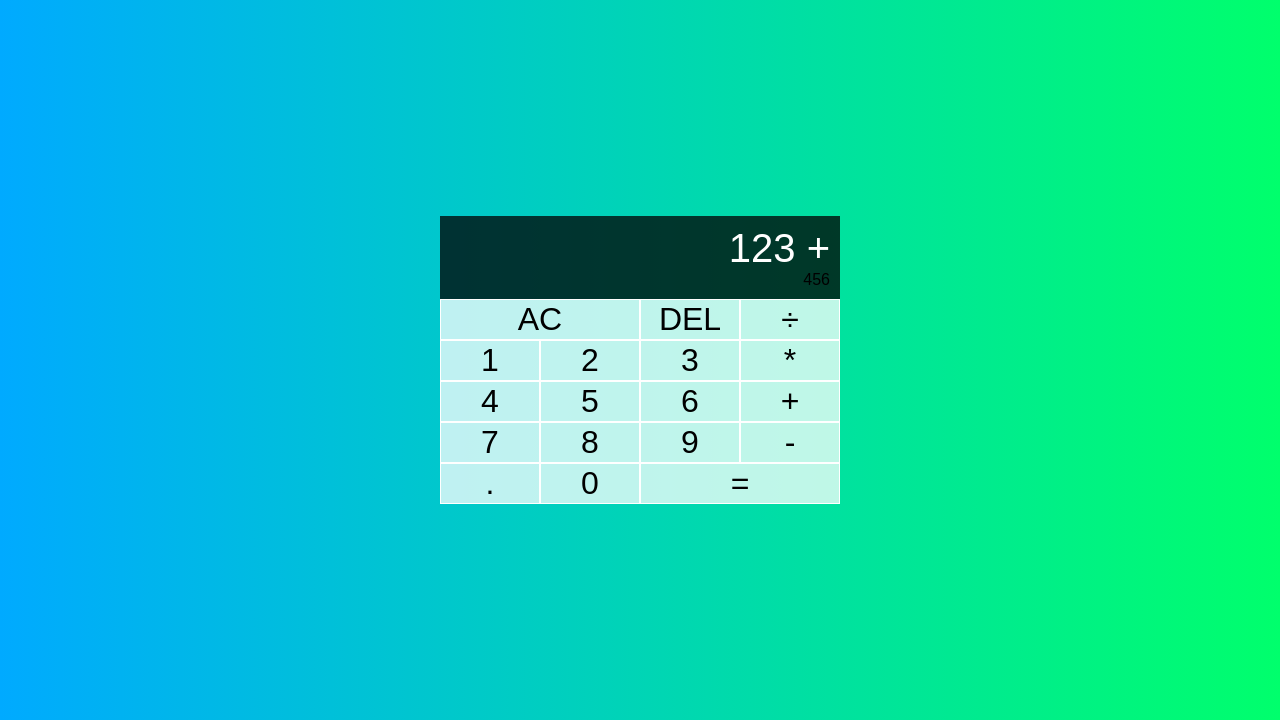
Repository: weazzyefff/Calculator-YT-Tutorial-
Page: index.html
An editor plug-in stored every save of this project. The page is shown before and after the next save, followed by the edit.
The browser window is 1280 px wide. The pictures show the whole page.

Above is the page before, as saved 2022-12-23 12:19:38.

After the next save:
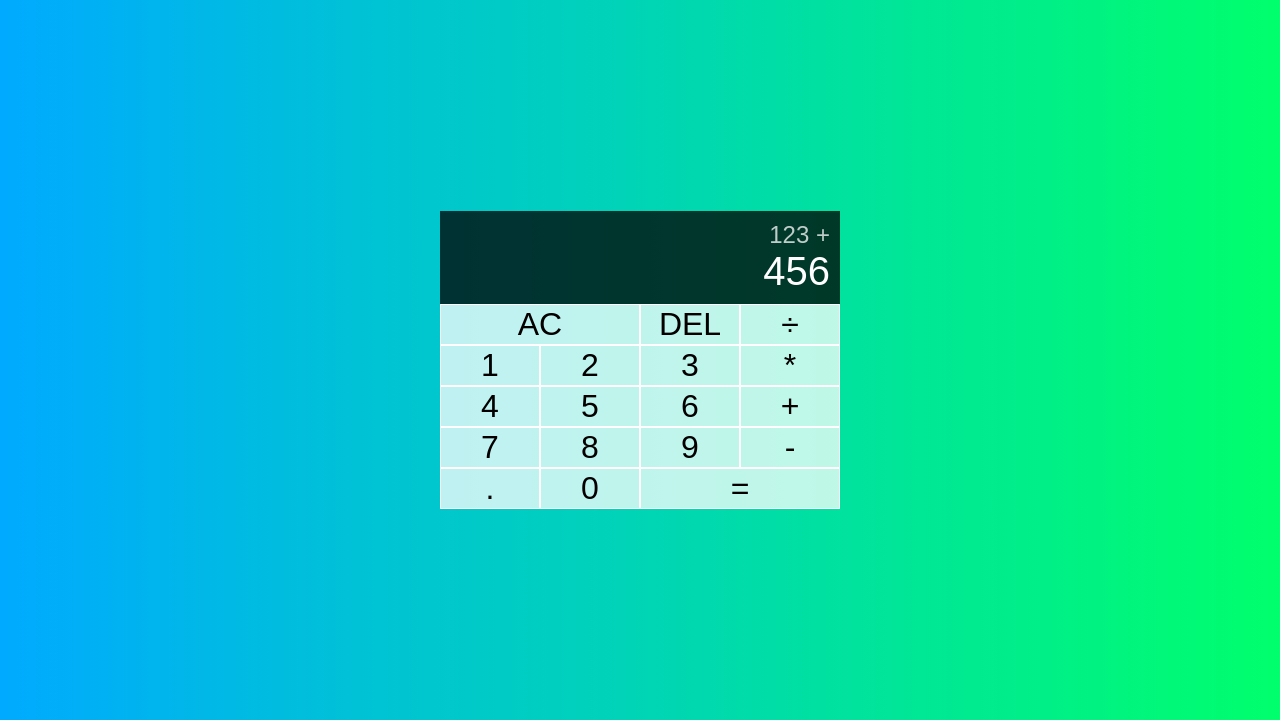
Saved 38 s later.
--- a/styles.css
+++ b/styles.css
@@ -51,7 +51,7 @@ body {
     color: rgba(255,255,255, .75);
     font-size: 1.5rem;
 }
-.output .previous-operand {
+.output .current-operand {
     color: white;
     font-size: 2.5rem;
 }
